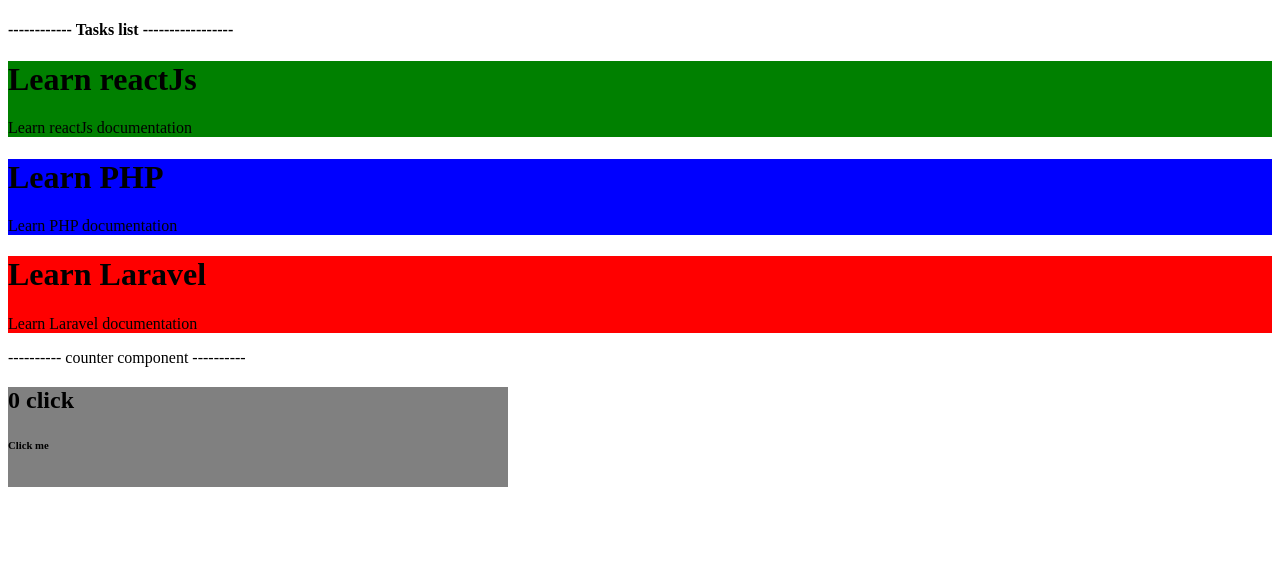
Repository: FS-23/react-get-started-demos
Page: /
These files come from the project's save history. The page is drawn as it stood at one moment and after the next save; the edit follows.
The browser window is 1280 px wide. The pictures show the whole page.
The project was rebuilt for these pictures with package versions that can differ from the ones it lists, and the page was loaded fresh each time. Also part of the build but not shown: src/pages/Home.js, src/pages/Contact.js.

Above is the page before, as saved 2022-04-28 11:27:13.

After the next save:
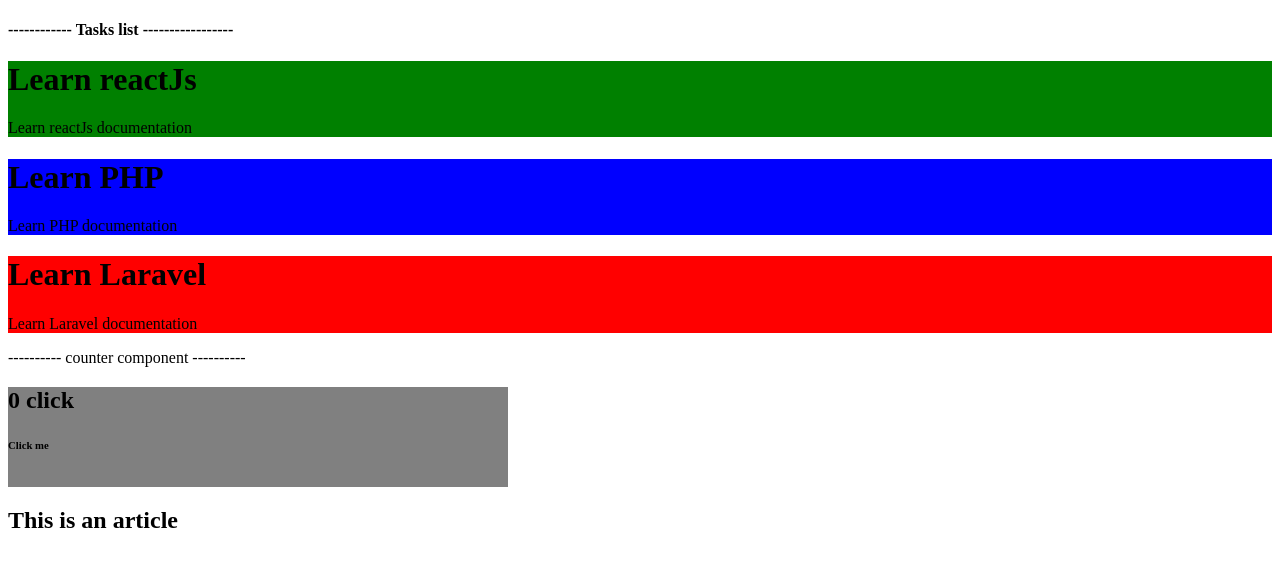
Saved 9 s later.
--- a/src/App.js
+++ b/src/App.js
@@ -15,6 +15,8 @@
 
          <TaskList style={{display: 'none'}} />
          <Counter />
+
+         <Artcle />
     </div>
   );
 }
